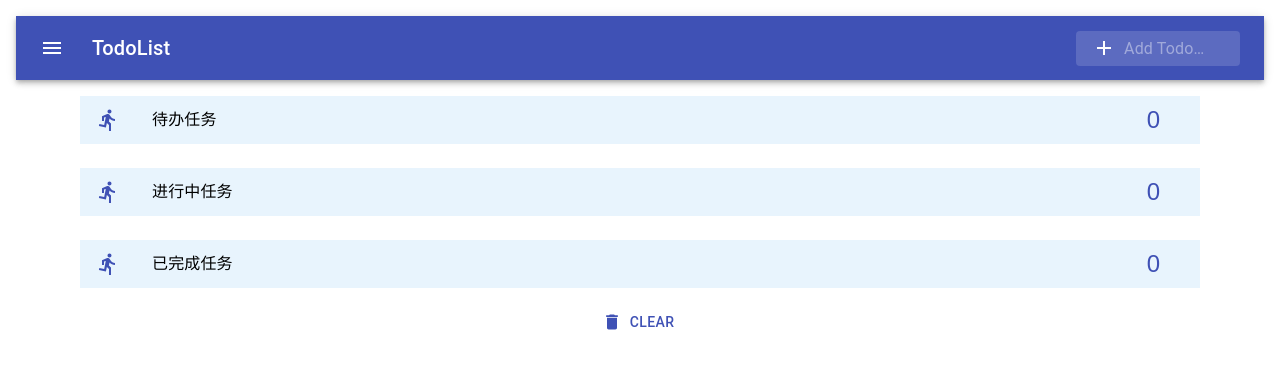
Repository: harperl71/TodoList
Page: /
An editor plug-in stored every save of this project. The page is shown before and after a run of saves, followed by the edit.
The browser window is 1280 px wide. The pictures show the whole page.
The project was rebuilt for these pictures with package versions that can differ from the ones it lists, and the page was loaded fresh each time. Also part of the build but not shown: src/components/content/task-item/index.tsx.

Above is the page before, as saved 2021-05-21 15:23:54.

After the next 2 saves:
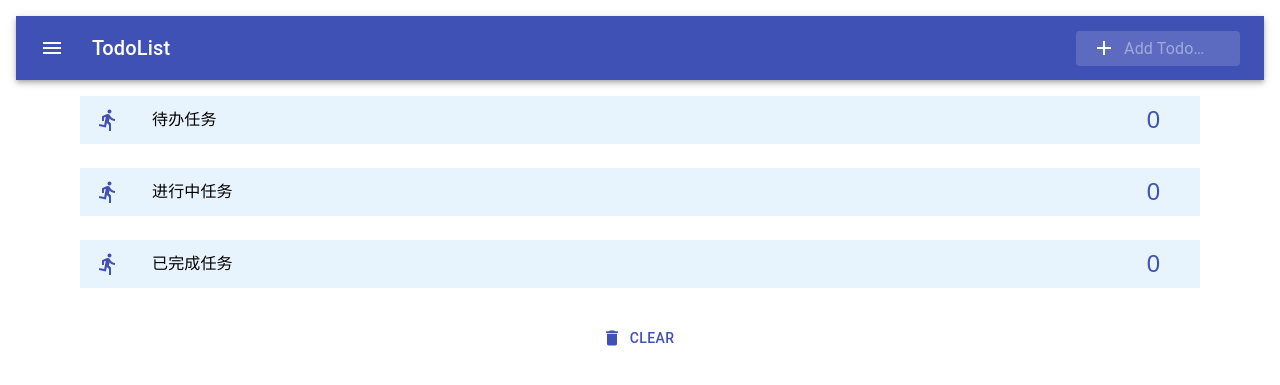
The 2 saves are shown as one change because 1 did not build or start.
The last was saved 53 s later.
--- a/src/components/footer/index.tsx
+++ b/src/components/footer/index.tsx
@@ -1,13 +1,24 @@
 import React, { useContext } from "react";
 import { MyContext } from "../../context";
-import { Button } from "@material-ui/core";
+import { makeStyles, Button } from "@material-ui/core";
 import DeleteIcon from "@material-ui/icons/Delete";
+
+const useStyles = makeStyles((theme) => ({
+  footer: {
+    margin: theme.spacing(2),
+  },
+  button: {
+    //margin:0 auto
+  },
+}));
 
 const Footer = () => {
   const { Clear } = useContext(MyContext);
 
+  const classes = useStyles();
+
   return (
-    <div className="footer">
+    <div className={classes.footer}>
       <Button
         variant="text"
         color="primary"
